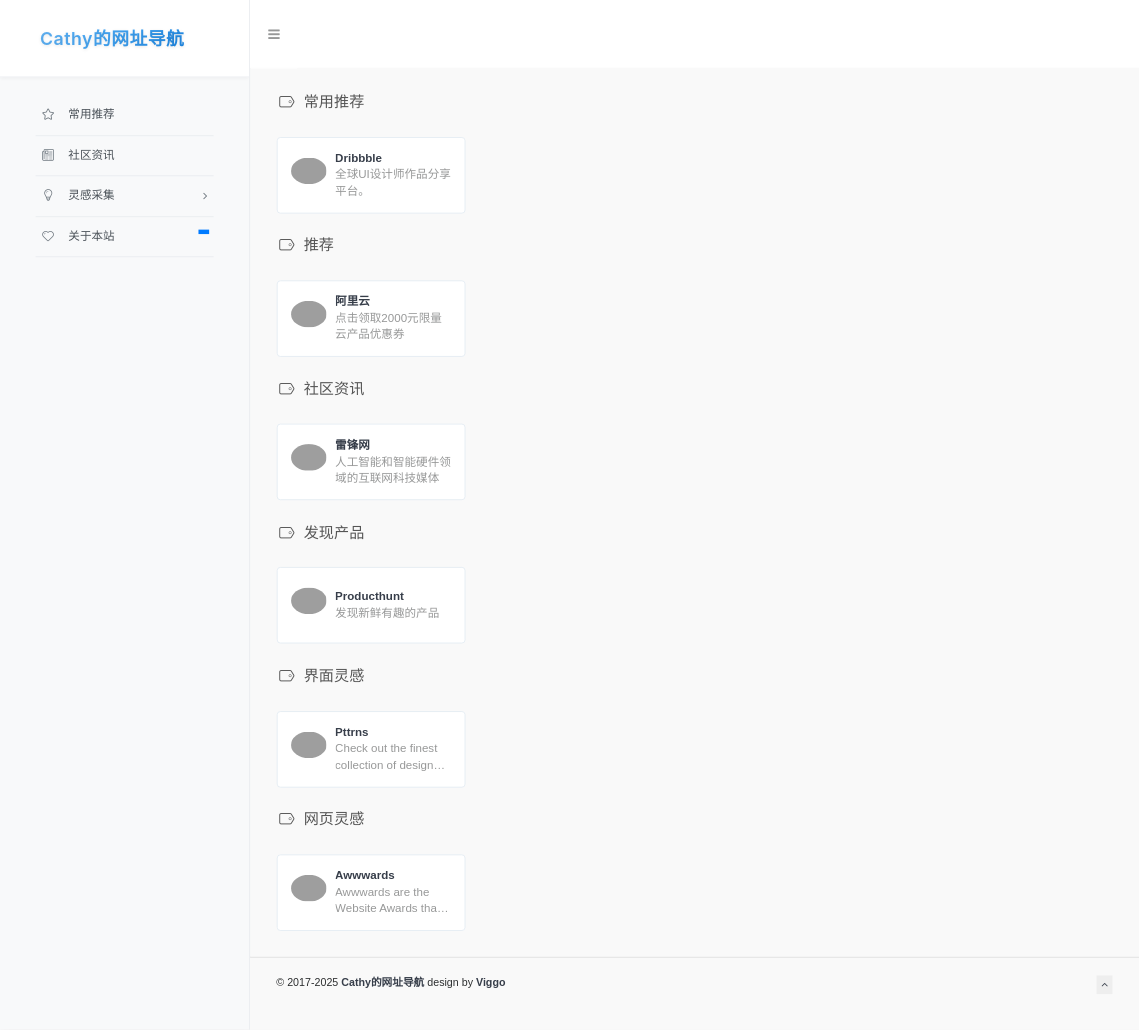
Repository: SweetPomelo0/AINav
Page: cn/index.html
The author's editor kept a copy of each file at every save. The page is drawn from the files as they stood at one save, then again after the next save.
The browser window is 1280 px wide. The pictures show the whole page, at 89% of full size.
Pictures or frames that could not be fetched are drawn as grey boxes.

Above is the page before, as saved 2025-07-24 22:03:43.

After the next save:
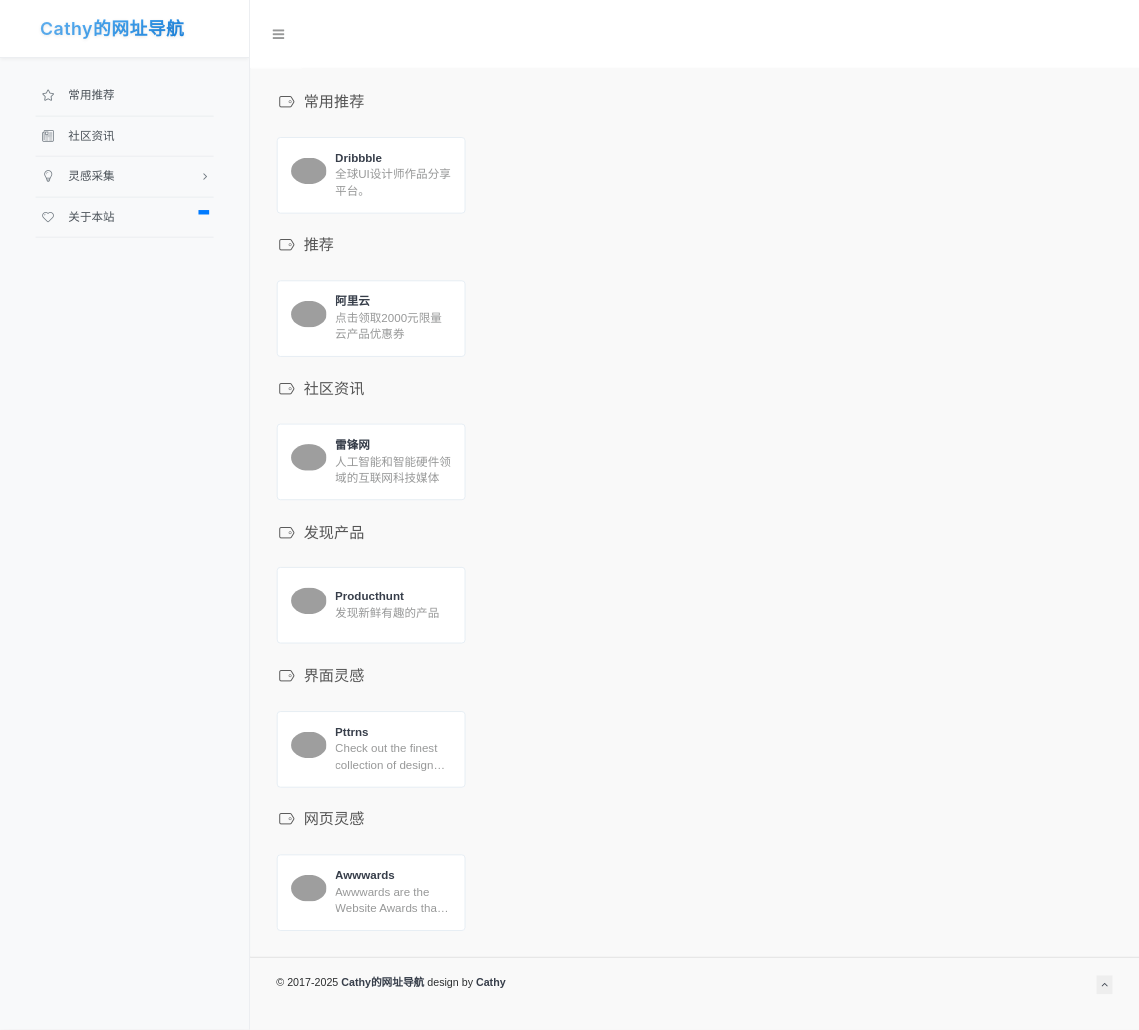
Saved 49 s later.
--- a/cn/index.html
+++ b/cn/index.html
@@ -125,12 +125,6 @@
          background: #ffffff;
          border-bottom: 1px solid #e9ecef !important;
          box-shadow: 0 2px 4px rgba(0,0,0,0.05);
-         padding: 30px 45px !important; /* 统一高度与nav-bar */
-       }
-
-       /* 统一nav-bar高度 */
-       .user-info-navbar .user-info-menu > li > a {
-         padding: 30px 20px !important;
        }
 
        .sidebar-menu .main-menu a {
@@ -578,7 +572,7 @@
               &copy; 2017-2025
               <a href="../cn/about.html"><strong>Cathy的网址导航</strong></a> design by
               <a href="https://www.viggoz.com" target="_blank"
-                ><strong>Viggo</strong></a
+                ><strong>Cathy</strong></a
               >
               <!--  - Purchase for only <strong>23$</strong> -->
             </div>
